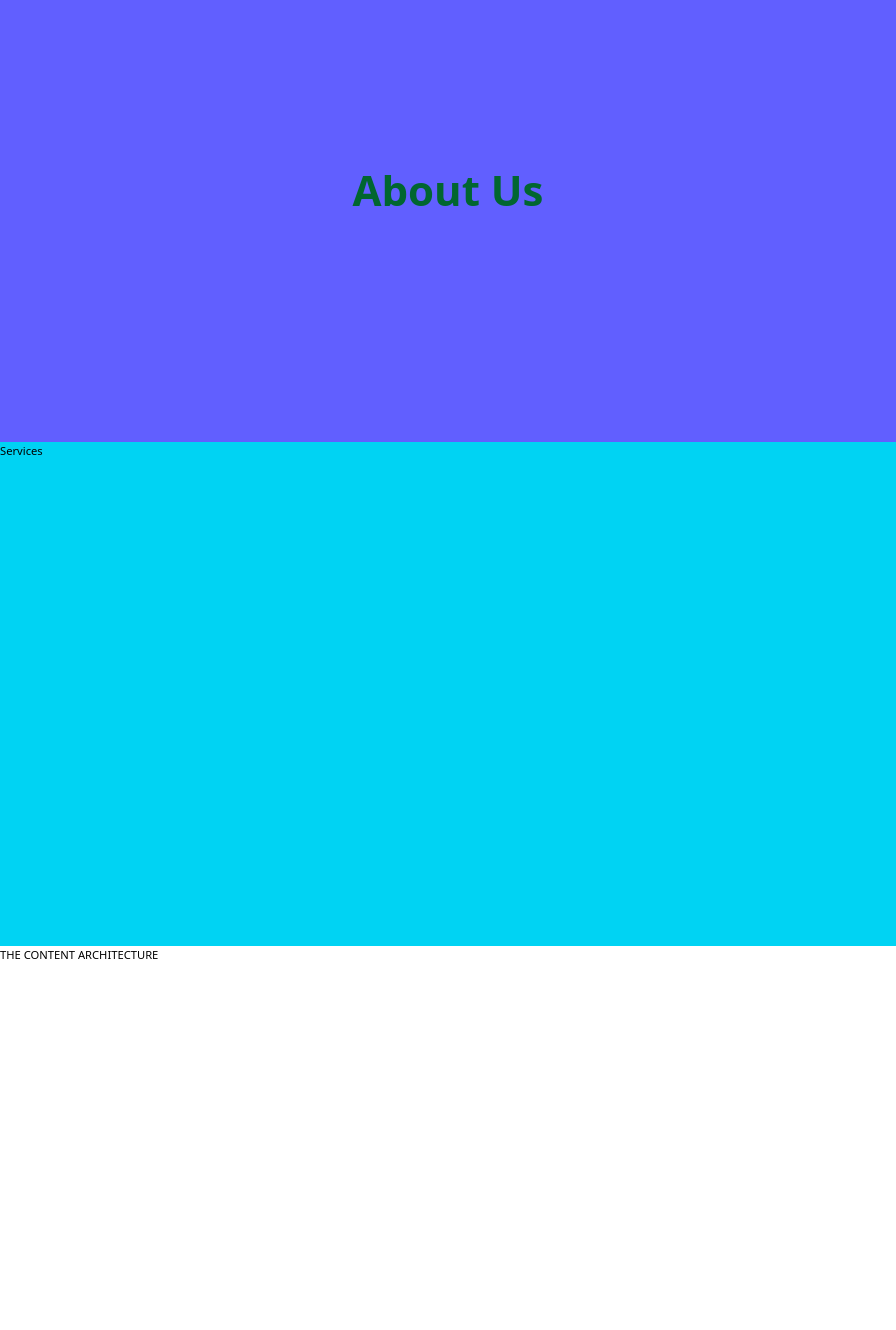
Repository: ajay-maurya-dev/Login
Page: /
These files come from the project's save history. The page is drawn as it stood at one moment and after the next save; the edit follows.
The browser window is 1280 px wide. The pictures show the part of the page from y = 808 to 2708 px (the page is 2880 px tall), at 70% of full size.
Backgrounds fixed to the window are drawn as part of the page. The project was rebuilt for these pictures with package versions that can differ from the ones it lists, and the page was loaded fresh each time. Also part of the build but not shown: vite.config.js.

Above is the page before, as saved 2026-10-24 23:37:57.

### index.html
<!doctype html>
<html lang="en">
  <head>
    <meta charset="UTF-8" />
    <link rel="icon" type="image/svg+xml" href="/favicon.svg" />
    <meta name="viewport" content="width=device-width, initial-scale=1.0" />
    <title>homepage</title>
  </head>
  <body>
    <div id="root"></div>
    <script type="module" src="/src/main.jsx"></script>
  </body>
</html>

### src/index.css
@import "tailwindcss";
@custom-variant dark (&:where(.dark, .dark *));

html {
  scroll-behavior: smooth;
}

### src/App.jsx
import About from "./components/About";
import Footer from "./components/footer";
import Home from "./components/Home";
import Navbar from "./components/Navbar";
import Services from "./components/Services";

function App() {
  return (
    <div className="min-h-screen w-full dark:bg-black dark:text-white">
      {/* Navbar stays fixed or at the top */}
      <Navbar />

      {/* Wrap sections with unique IDs */}
      <section id="home">
        <Home />
      </section>

      <section id="about">
        <About />
      </section>
      <section id="services">
        <Services/>
      </section>
      <Footer />
    </div>
  );
}

export default App;

### src/components/About.jsx


function About() {
  return (
    <div className="w-full min-h-screen bg-indigo-500 z-10 text-2xl dark:bg-black dark:text-white bg-fixed flex justify-center items-center">
        <h4 className="text-6xl font-extrabold text-green-800">About Us</h4>
    </div>
  )
}

export default About

### src/components/footer.jsx


function Footer() {
  return (
  <footer className="w-full h-screen dark:bg-black dark:text-white">
    <h1>THE CONTENT ARCHITECTURE</h1>
  </footer>
  )
}

export default Footer

### src/components/Home.jsx



function Home() {
  return (
    <div className="flex w-full justify-center items-center min-h-screen dark:bg-black bg-[url(https://images.unsplash.com/photo-1757513189385-580a91ac7fe4?q=80&w=2070&auto=format&fit=crop&ixlib=rb-4.1.0&ixid=NHwxMjA3fDA%3D)] bg-cover bg-fixed">
    <div className="py-1 text-sky-900 border border-amber-50 text-9xl font-bold flex items-center">
      <h1 className="">BRAND SHOES</h1>
    </div>
    </div>
  );
}

export default Home;

### src/components/Navbar.jsx
import Dark from "./Dark";

function Navbar() {


  return (
    <nav className="flex rounded-4xl text-gray-500 to-white px-10 md:flex-row md:items-center md:h-10 md:w-full dark:bg-black dark:text-white sm:h-full sm:flex-col sm:w-4/7 sm:items-start top-0 fixed ">
      <div className=" flex-1 text-2xl cursor-pointer font-extrabold">LOGO</div>
      <div className="flex flex-1 gap-10 test-2xl font-bold md:flex-row sm:flex-col ">
        <h3 className="cursor-pointer hover:text-cyan-500 active:scale-95 ">
          <a href="#home">HOME</a>
        </h3>
        <h3 className="cursor-pointer hover:text-cyan-500 active:scale-95">
          <a href="#about">ABOUT</a>
        </h3>
        <h3 className="cursor-pointer hover:text-cyan-500 active:scale-95">
          <a href="#services">SERVICES</a>
        </h3>
        <h3 className="cursor-pointer hover:text-cyan-500 active:scale-95">
          PROFILE
        </h3>
        <Dark/>
      </div>
    </nav>
  );
}

export default Navbar;

### src/components/Services.jsx


function Services() {
  return (
    <div className="bg-cyan-400 h-screen w-screen z-20">
      <h1>Services</h1>
    </div>
  )
}

export default Services

### src/components/Dark.jsx
import { useState, useEffect } from "react";

export default function Dark() {
  const [isDark, setIsDark] = useState(false);

  // Sync the true/false state to the HTML document tag
  useEffect(() => {
    const root = window.document.documentElement;
    if (isDark) {
      root.classList.add("dark");
    } else {
      root.classList.remove("dark");
    }
  }, [isDark]);

  return (
    <button
      className="px-1 text-xl rounded-full bg-transparent dark:bg-neutral-800 transition-colors duration-200"
      onClick={() => setIsDark((prev) => !prev)}
    >
      {isDark ? "☀️" : "🌙"}
    </button>
  );
}

Loaded but not shown: src/main.jsx (common file)

After the next save:
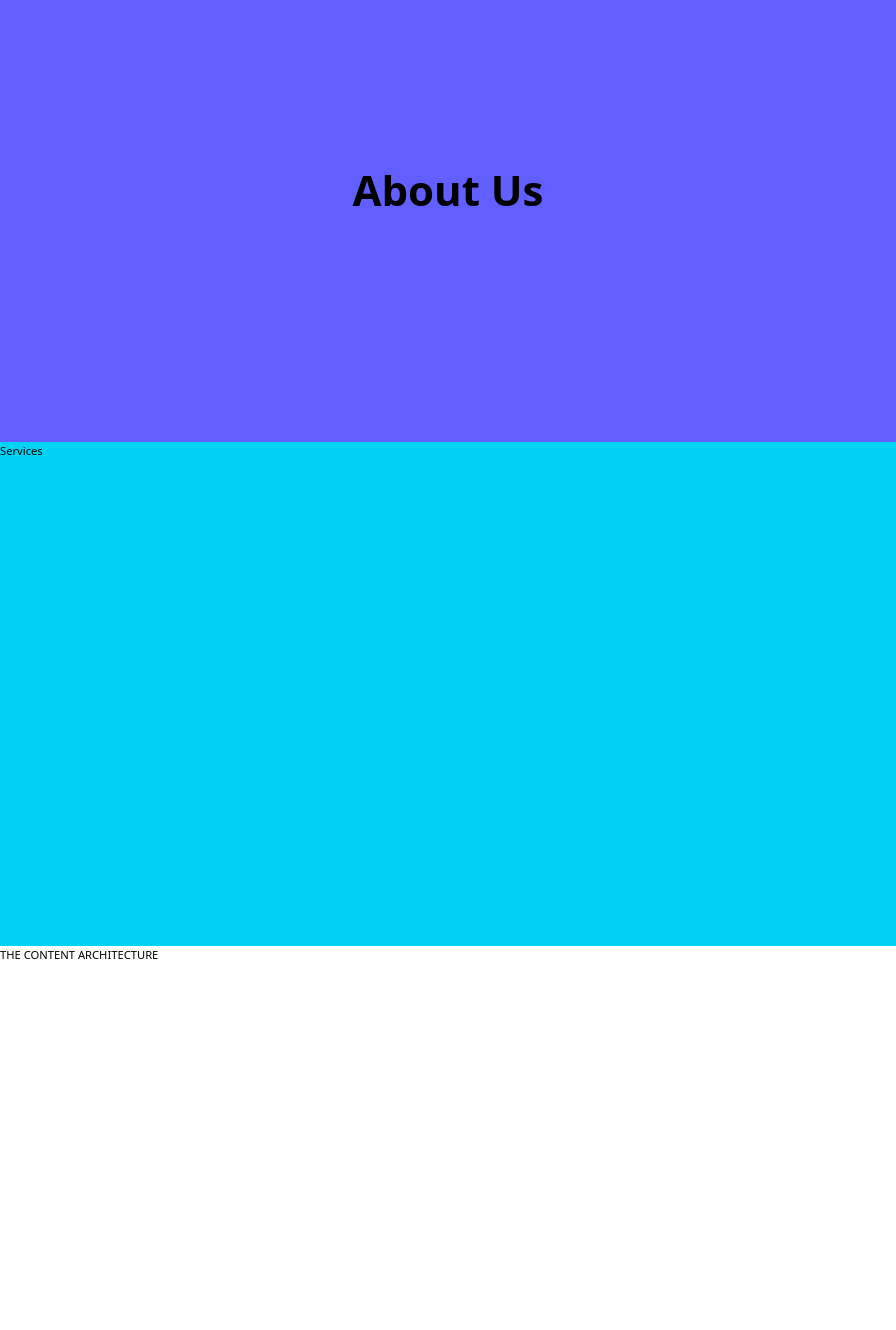
Saved 8 s later.
--- a/src/components/About.jsx
+++ b/src/components/About.jsx
@@ -3,7 +3,7 @@
 function About() {
   return (
     <div className="w-full min-h-screen bg-indigo-500 z-10 text-2xl dark:bg-black dark:text-white bg-fixed flex justify-center items-center">
-        <h4 className="text-6xl font-extrabold text-green-800">About Us</h4>
+        <h4 className="text-6xl font-extrabold text--800">About Us</h4>
     </div>
   )
 }
